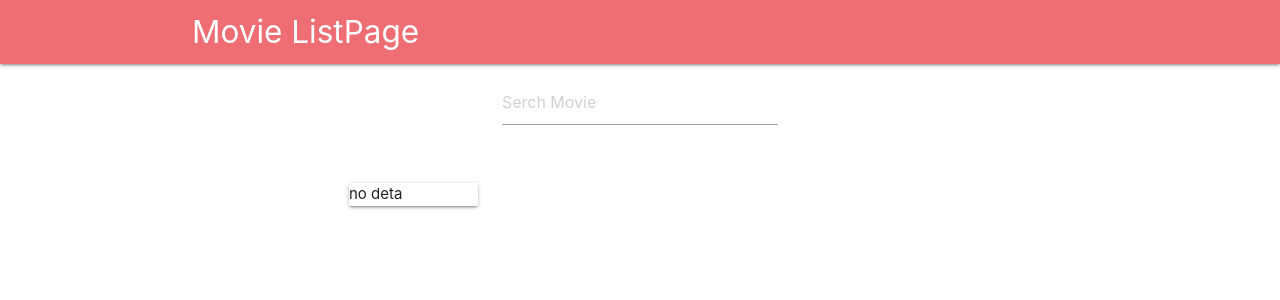
Repository: Reiya-1003/React-Ts-Node-App
Page: /
An editor plug-in stored every save of this project. The page is shown before and after the next save, followed by the edit.
The browser window is 1280 px wide. The pictures show the whole page.
The project was rebuilt for these pictures with package versions that can differ from the ones it lists, and the page was loaded fresh each time.

Above is the page before, as saved 2021-11-15 16:39:07.

After the next save:
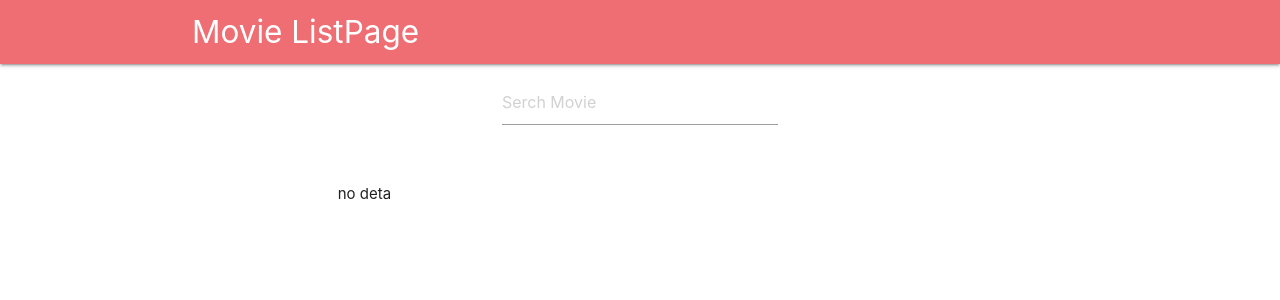
Saved 2 min 50 s later.
--- a/src/components/Searthbox.tsx
+++ b/src/components/Searthbox.tsx
@@ -62,13 +62,13 @@ const Searthbox = () => {
       <div className="container">
         <div className="row">
           <div className="col s12">
-            <div className="col s12 m6 l3">
-              <div className="card">
-                {Movie.length === 0 ? (
-                  <p>no deta</p>
-                ) : (
-                  movies.map((list: any, i: any) => {
-                    return (
+            {Movie.length === 0 ? (
+              <p>no deta</p>
+            ) : (
+              movies.map((list: any, i: any) => {
+                return (
+                  <div className="col s12 m6 l3">
+                    <div className="card">
                       <div className="card-image waves-effect waves-block waves-light">
                         <img
                           src={IMG_PATH + list.poster_path}
@@ -76,11 +76,11 @@ const Searthbox = () => {
                           style={{ width: "100%", height: 360 }}
                         ></img>
                       </div>
-                    );
-                  })
-                )}
-              </div>
-            </div>
+                    </div>
+                  </div>
+                );
+              })
+            )}
           </div>
         </div>
       </div>
